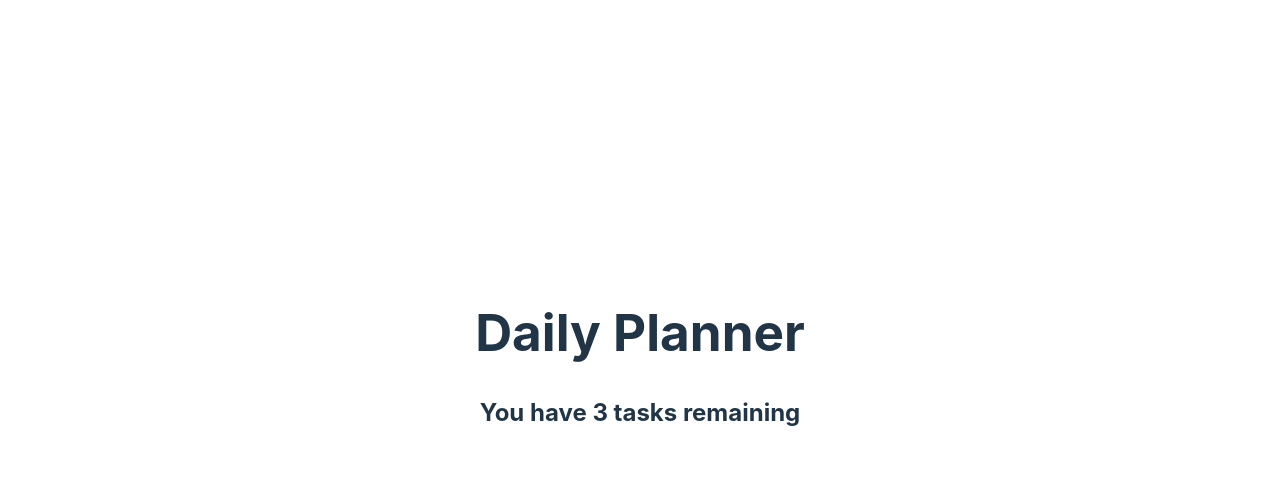
Repository: SamanthaYan298/my_planner
Page: /
The author's editor kept a copy of each file at every save. The page is drawn from the files as they stood at one save, then again after the next save.
The browser window is 1280 px wide. The pictures show the whole page.
The project was rebuilt for these pictures with package versions that can differ from the ones it lists, and the page was loaded fresh each time. Also part of the build but not shown: vite.config.js.

Above is the page before, as saved 2024-10-07 16:32:51.

After the next save:
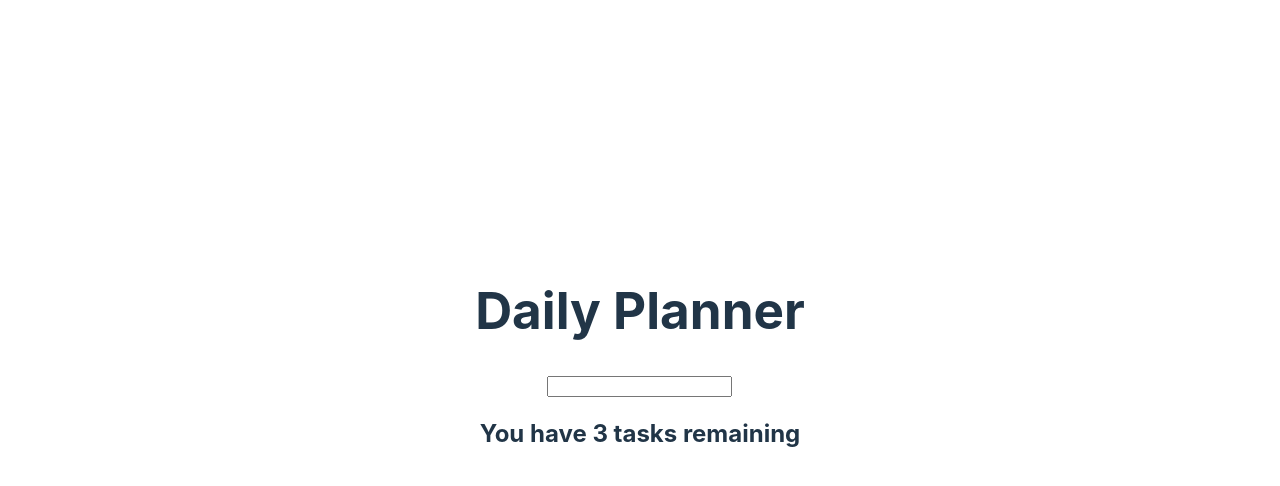
Saved 12 min 59 s later.
--- a/src/App.jsx
+++ b/src/App.jsx
@@ -6,7 +6,11 @@ function App() {
   return (
     <>
       <h1>Daily Planner</h1>
-      <form></form>
+      <form>
+        <input
+          type="text"
+        />
+      </form>
       <h2>You have 3 tasks remaining</h2>
     </>
   )
